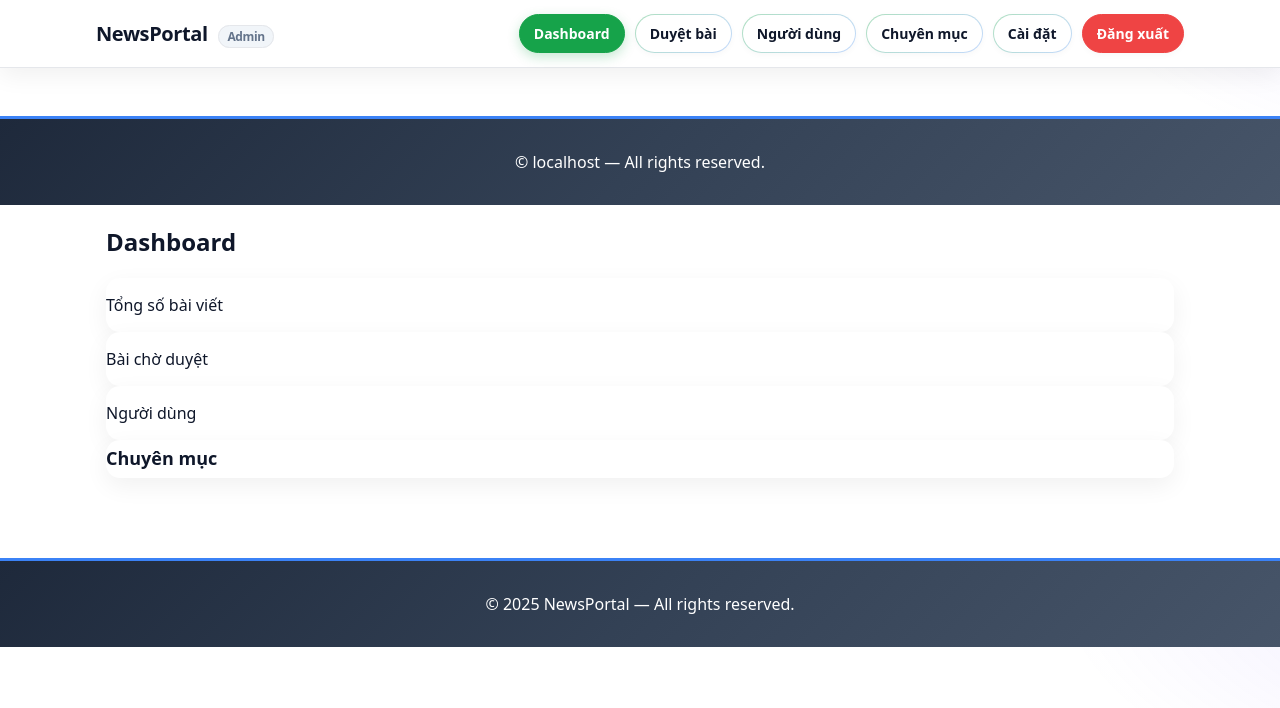
Repository: minhtvpy00202-git/Assignment_PY00202_MinhTV
Page: http://localhost/NewsPortal_PY00202/WEB-INF/views/admin/dashboard.jsp
The author's editor kept a copy of each file at every save. The page is drawn from the files as they stood at one save, then again after the next save.
The browser window is 1280 px wide. The pictures show the whole page.
The page is served by Tomcat 10. Nobody is signed in. The template is opened directly, without the code that normally fills it, so the values that code supplies are empty.

Above is the page before, as saved 2025-10-09 11:50:36.

After the next save:
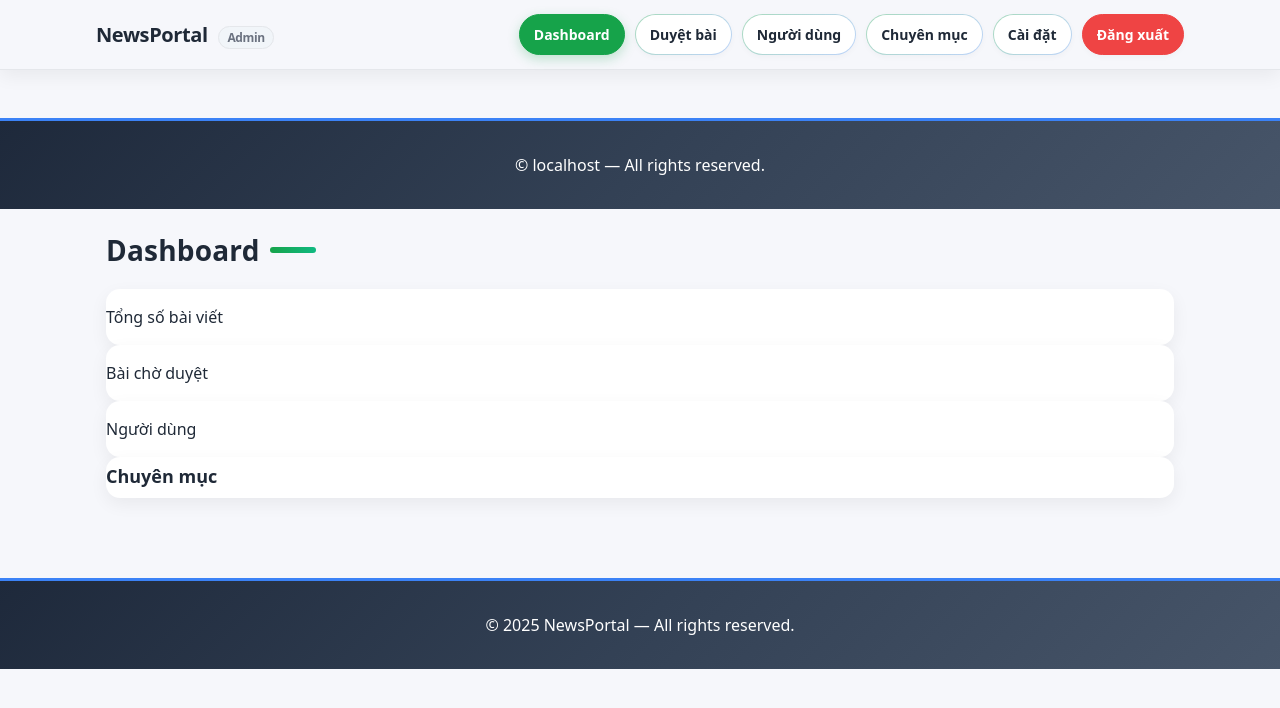
Saved 9 s later.
--- a/Assignment_NewsPortal/NewsPortal_PY00202/src/main/webapp/WEB-INF/views/admin/dashboard.jsp
+++ b/Assignment_NewsPortal/NewsPortal_PY00202/src/main/webapp/WEB-INF/views/admin/dashboard.jsp
@@ -1,5 +1,6 @@
 <%@ page contentType="text/html; charset=UTF-8" pageEncoding="UTF-8"%>
 <%@ include file="../layout/admin-header.jsp" %>
+<link rel="stylesheet" href="${pageContext.request.contextPath}/assets/css/admin-users.css">
 
 <main class="container admin-main">
 <h2>Dashboard</h2>
